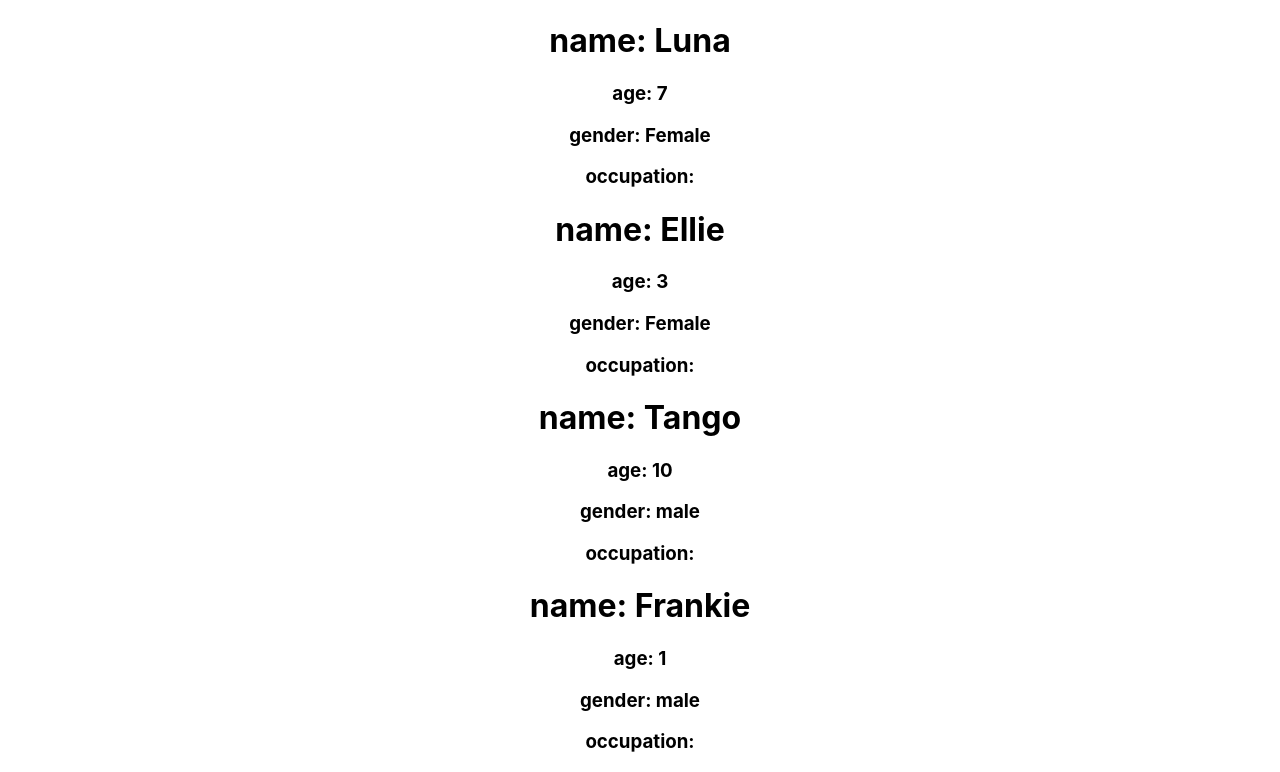
Repository: mahsa199170/React-Props-projects
Page: / (app in profile-app/)
The author's editor kept a copy of each file at every save. The page is drawn from the files as they stood at one save, then again after the next save.
The browser window is 1280 px wide. The pictures show the whole page.
The project was rebuilt for these pictures with package versions that can differ from the ones it lists, and the page was loaded fresh each time.

Above is the page before, as saved 2024-11-18 13:12:53.

### profile-app/src/App.js
import './App.css';
import Profile from './components/Profile';
import { people } from './personalInfo';

function App() {
  const personInfo = people.map((p) => {
    return <h1>{p.name}</h1>;
  });

  return (
    <div className="App">
      {people.map((person) => {
        const { id, name, age, gender, occupation } = person;
        return (
          <div key={id}>
            <Profile
              name={name}
              age={age}
              occupation={occupation}
              gender={gender}
            />
          </div>
        );
      })}
    </div>
  );
}

export default App;

### profile-app/src/components/Profile.js
import React from 'react';

const Profile = ({ id, name, age, gender, occupation }) => {
  return (
    <div>
      <h1>name: {name}</h1>
      <h3>age: {age}</h3>
      <h3>gender: {gender}</h3>
      <h3>occupation: {occupation}</h3>
    </div>
  );
};

export default Profile;

### profile-app/src/personalInfo.js
export const people = [
  {
    id: 1,
    name: 'Luna',
    age: 7,
    gender: 'Female',
    ocupation: 'VP of Engineering',
  },
  {
    id: 2,
    name: 'Ellie',
    age: 3,
    gender: 'Female',
    ocupation: 'Senior Engineer',
  },
  {
    id: 3,
    name: 'Tango',
    age: 10,
    gender: 'male',
    ocupation: 'Software Engineer',
  },
  {
    id: 4,
    name: 'Frankie',
    age: 1,
    gender: 'male',
    ocupation: 'Devops Engineer',
  },
];

Loaded but not shown: profile-app/public/index.html (common file); profile-app/src/index.js (common file); profile-app/src/index.css (common file); profile-app/src/App.css (common file)

After the next save:
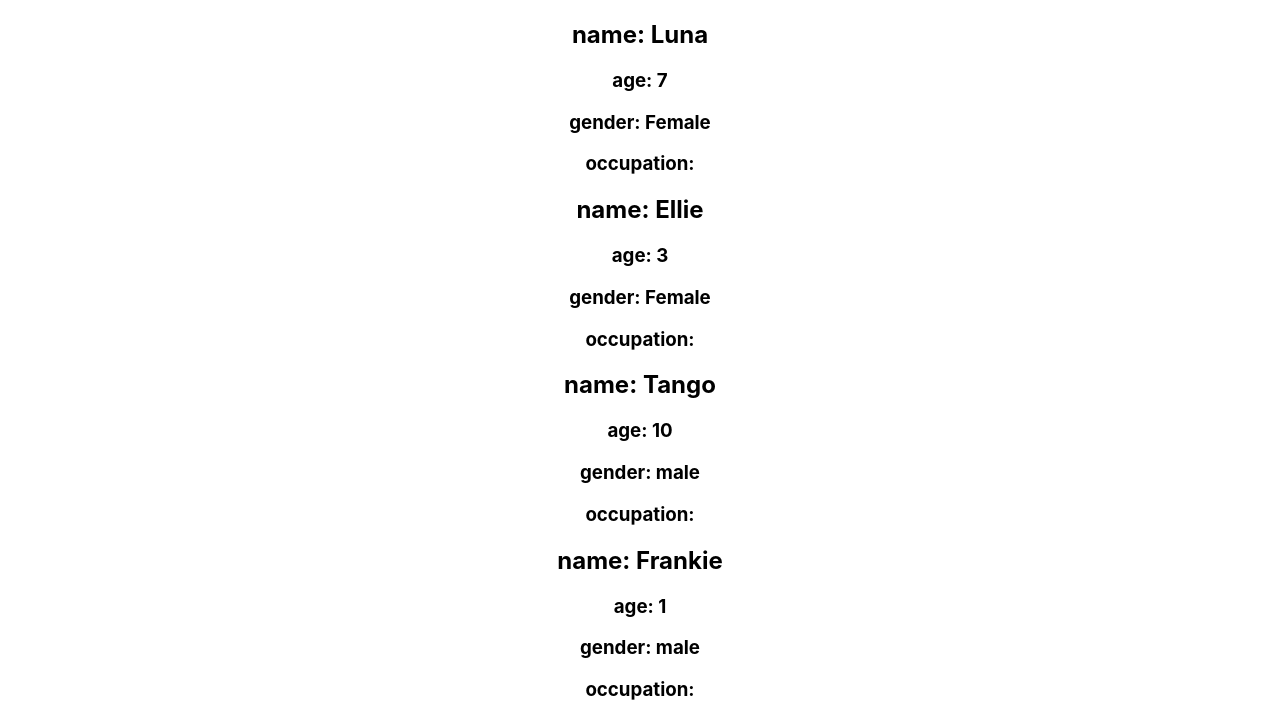
Saved 11 s later.
--- a/profile-app/src/components/Profile.js
+++ b/profile-app/src/components/Profile.js
@@ -3,7 +3,7 @@ import React from 'react';
 const Profile = ({ id, name, age, gender, occupation }) => {
   return (
     <div>
-      <h1>name: {name}</h1>
+      <h2>name: {name}</h2>
       <h3>age: {age}</h3>
       <h3>gender: {gender}</h3>
       <h3>occupation: {occupation}</h3>
